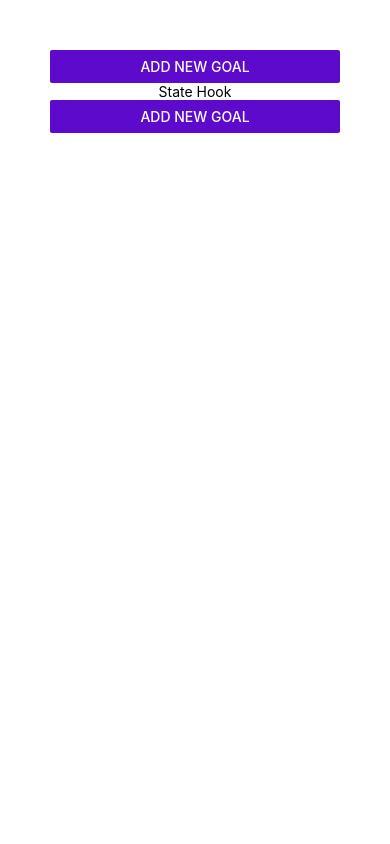
Repository: ntu34543/React-Native-Example1
Screen: /
These files come from the project's save history. The screen is drawn as it stood at one moment and after a run of saves; the edit follows.
The app was drawn by React Native's web renderer in a window 390 px wide. The project was rebuilt for these pictures with package versions that can differ from the ones it lists, and the page was loaded fresh each time. Also part of the build but not shown: components/Goalltem.js.

Above is the screen before, as saved 2022-09-12 11:56:26.

### App.js
import { useState } from "react";
import { StyleSheet, View, FlatList, Button, Text } from "react-native";
import { StatusBar } from "expo-status-bar";

import GoalItem from "./components/Goalltem";
import GoalInput from "./components/Goallnput";

export default function App() {
  const [modalIsVisible, setModalIsVisible] = useState(false);
  const [courseGoals, setCourseGoals] = useState([]);
  // console.log(courseGoals);

  function startAddGoalHandler() {
    setModalIsVisible(true);
  }

  function endAddGoalHandler() {
    setModalIsVisible(false);
  }

  function addTextInput(enteredGoalText) {
    setCourseGoals((currentCourseGoals) => [
      ...currentCourseGoals,
      { text: enteredGoalText, id: Math.random().toString() },
    ]);
    endAddGoalHandler();
  }

  function deleteGoalHandler(id) {
    setCourseGoals((currentCourseGoals) => {
      return currentCourseGoals.filter((goal) => goal.id !== id);
    });
  }

  return (
    <>
      <StatusBar style="auto"/>
      <View style={styles.container}>
        <Button
          title="Add new Goal"
          color="#5e0acc"
          onPress={startAddGoalHandler}
        />
        <Text style={{textAlign: 'center'}}>State Hook</Text>
        <Button
          title="Add new Goal"
          color="#5e0acc"
        />
        <GoalInput
          visible={modalIsVisible}
          onAddGoal={addTextInput}
          onCancer={endAddGoalHandler}
        />
        <View style={styles.goalsContainer}>
          <FlatList
            data={courseGoals}
            style={styles.goalsContainer}
            renderItem={(itemData) => {
              return (
                <GoalItem
                  text={itemData.item.text}
                  id={itemData.item.id}
                  onDeleteItem={deleteGoalHandler}
                />
              );
            }}
            keyExtractor={(item, index) => {
              return index.id;
            }}
            alwaysBounceVertical={false}
          />
        </View>
      </View>
    </>
  );
}

const styles = StyleSheet.create({
  container: {
    padding: 50,
  },
  goalsContainer: {
    // flex: 4,
  },
});

### components/Goallnput.js
import { useState } from "react";
import { StyleSheet, View, TextInput, Button, Modal, Image } from "react-native";
function GoalInput(props) {
  const [enteredGoalText, setEnteredGoalText] = useState("");

  function textInput(enteredText) {
    setEnteredGoalText(enteredText);
    // console.log(enteredText);
  }

  function addGoalHandler() {
    props.onAddGoal(enteredGoalText);
    setEnteredGoalText("");
  }

  return (
    <Modal visible={props.visible} animationType="slide">
      <View style={styles.inputContainer}>
          <Image style={styles.image} source={require('../assets/favicon.png')} />
        <TextInput
          style={styles.textInput}
          placeholder="Email............"
          onChangeText={textInput}
          value={enteredGoalText}
        />
        <View style={styles.buttonContainer}>
          <View style={styles.button}>
            <Button title="Click!" onPress={addGoalHandler} />
          </View>
          <View style={styles.button}>
            <Button title="Cancer!" onPress={props.onCancer}/>
          </View>
        </View>
      </View>
    </Modal>
  );
}

export default GoalInput;

const styles = StyleSheet.create({
  inputContainer: {
    flex: 1,
    justifyContent: "center",
    alignItems: "center",
    paddingBottom: 24,
    padding: 16,
    borderBottomWidth: 1,
    borderBottomColor: "gray",
    backgroundColor: 'pink'
  },
  image: {
      width: 100,
      height: 100,
      margin: 20,
  },
  textInput: {
    borderWidth: 1,
    borderColor: "#cccccc",
    width: "100%",
    padding: 8,
  },
  buttonContainer: {
      marginTop: 16,
    flexDirection: "row",
  },
  button: {
      width: '30%',
      marginHorizontal: 8,
  }
});

After the next 2 saves:
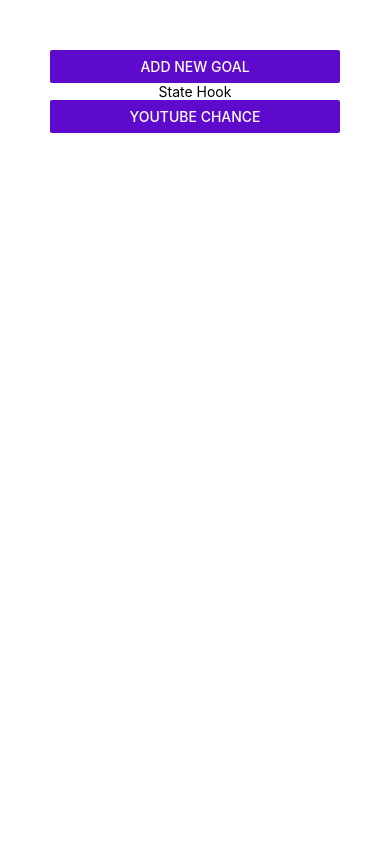
The 2 saves are shown as one change because they came seconds apart.
The last was saved 25 s later.
--- a/App.js
+++ b/App.js
@@ -43,7 +43,7 @@
         />
         <Text style={{textAlign: 'center'}}>State Hook</Text>
         <Button
-          title="Add new Goal"
+          title="Youtube chance"
           color="#5e0acc"
         />
         <GoalInput
